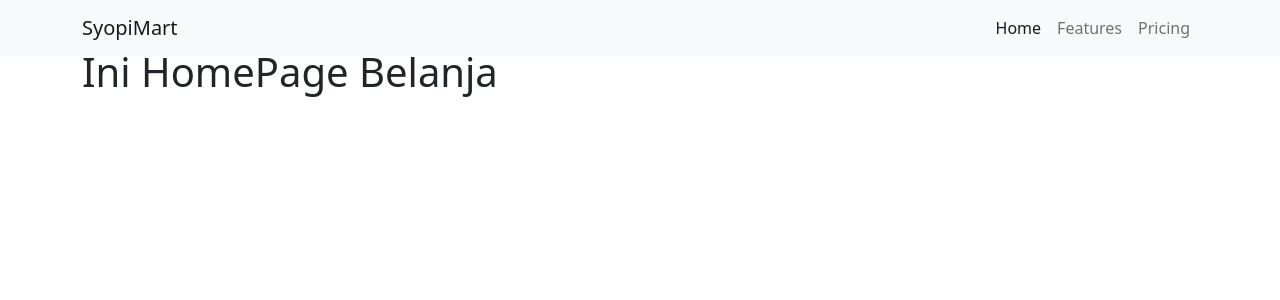
Repository: roningrum/ecommerce_dts
Page: http://localhost/home
The author's editor kept a copy of each file at every save. The page is drawn from the files as they stood at one save, then again after the next save.
The browser window is 1280 px wide. The pictures show the whole page.
The page is served by the project's application, run on Django 4.2 (ecommerce/manage.py).

Above is the page before, as saved 2023-06-04 12:38:35.

After the next save:
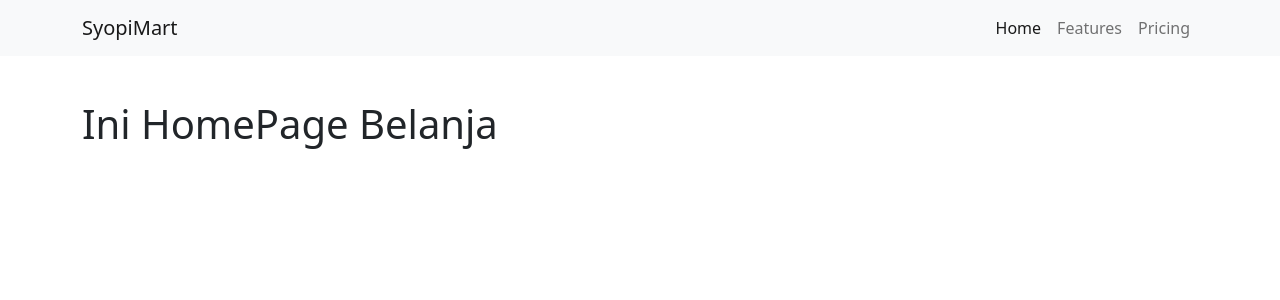
Saved 28 s later.
--- a/ecommerce/shop/templates/shop/index.html
+++ b/ecommerce/shop/templates/shop/index.html
@@ -3,7 +3,7 @@
     SyopiMart
 {% endblock title%}
 {% block content %}
-    <div class="container my-5">
+    <div class="container" style="margin-top:100px">
         <div class="row">
             <div class="col-12">
                 <h1>Ini HomePage Belanja</h1>
